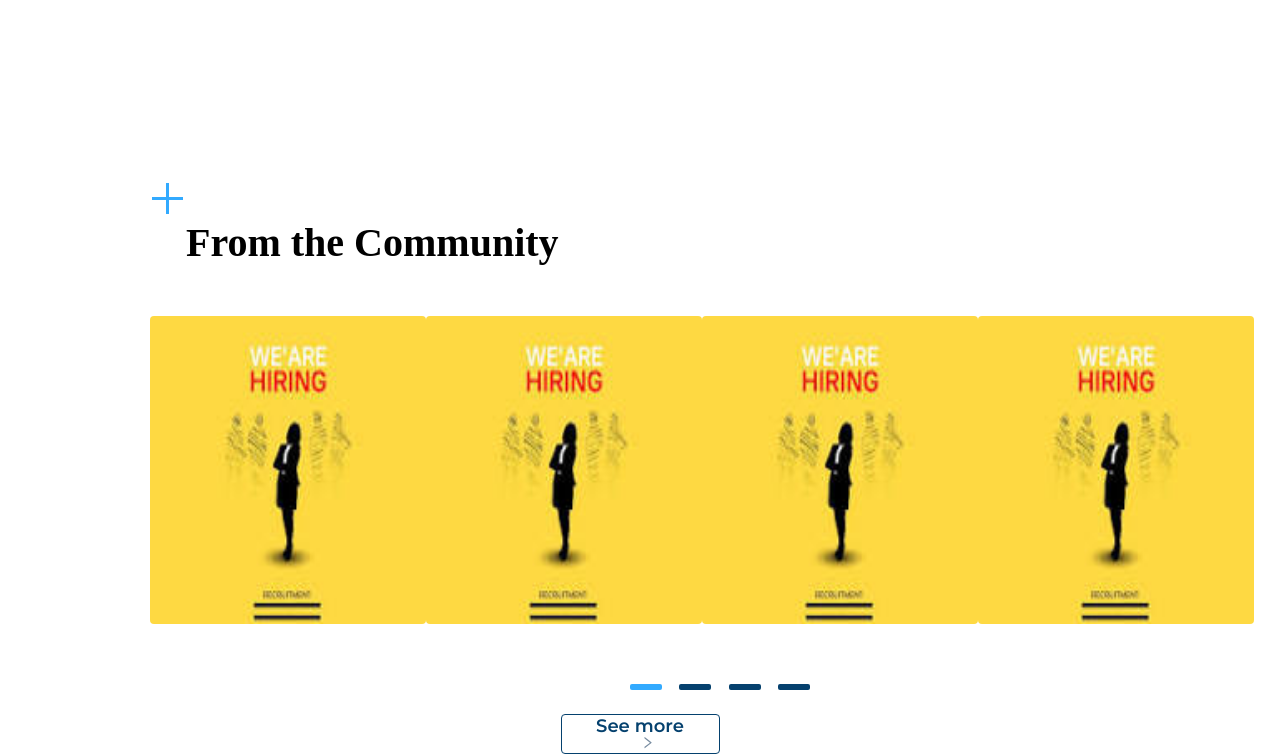
Repository: shekharyadav638/OSL_Assignment_1
Page: index.html
The author's editor kept a copy of each file at every save. The page is drawn from the files as they stood at one save, then again after the next save.
The browser window is 1280 px wide. The pictures show the whole page.
The style sheet was rebuilt from its Sass, Less or Tailwind sources for each picture, by a compiler version that may differ from the author's.

Above is the page before, as saved 2024-07-14 08:36:16.

After the next save:
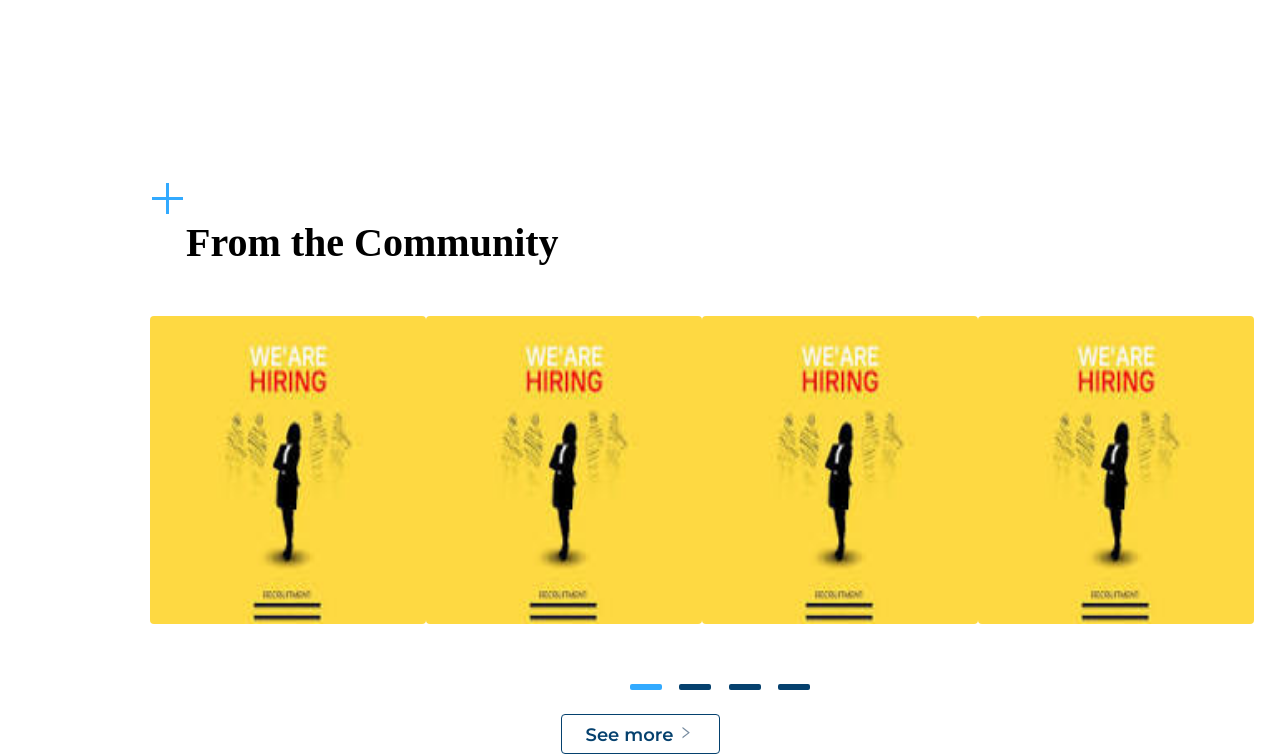
Saved 26 s later.
--- a/_hiring.scss
+++ b/_hiring.scss
@@ -81,7 +81,13 @@
         padding-right: 20px;
 
         & span {
-          margin-left: 15px;
+          & img {
+            &_icon {
+              width: 16px;
+              height: 16px;
+              margin-left: 15px;
+            }
+          }
         }
       }
     }

After the 3 saves that followed:
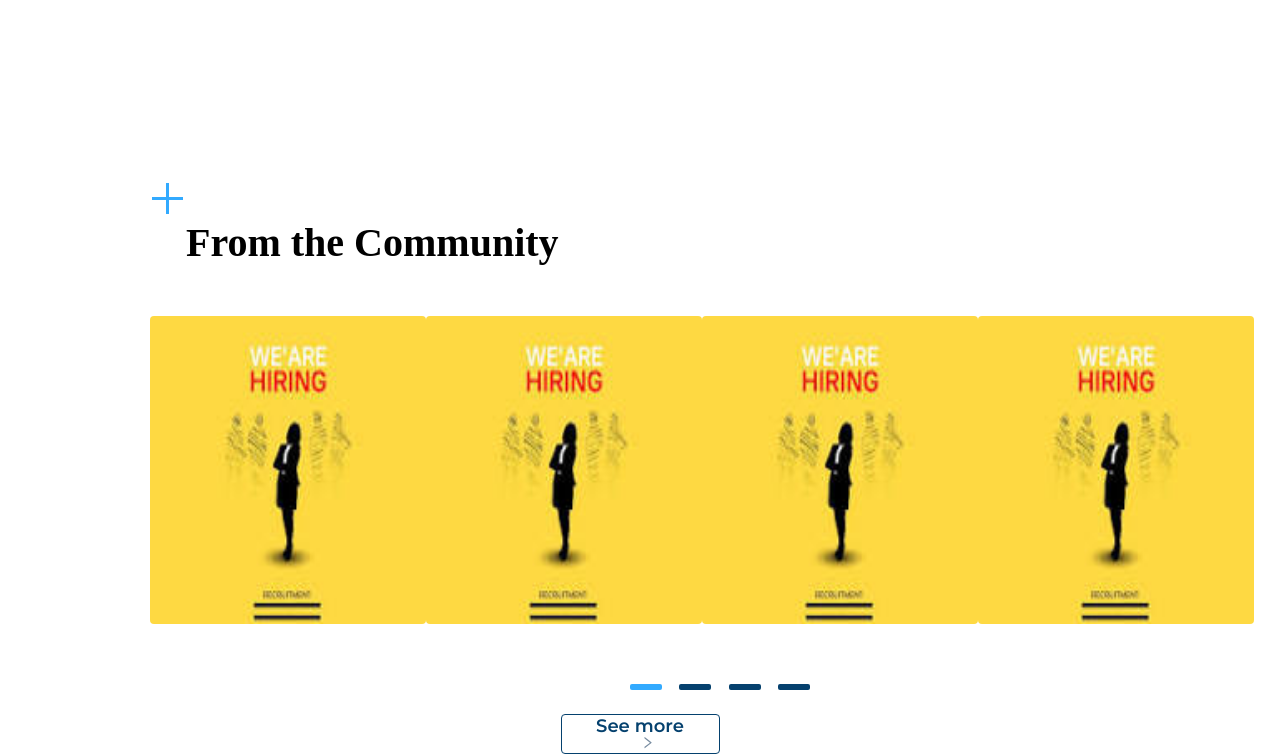
The 3 saves are shown as one change because 2 did not build or start.
The last was saved 24 s later.
--- a/index.html
+++ b/index.html
@@ -97,12 +97,7 @@
         <div class="hiring_footer_btn">
           <button>
             See more
-            <span
-              ><img
-                src="img/right_arrow.svg"
-                alt="arrow"
-                class="hiring_footer_btn_icon"
-            /></span>
+            <span><img src="img/right_arrow.svg" alt="arrow" /></span>
           </button>
         </div>
       </div>
--- a/_hiring.scss
+++ b/_hiring.scss
@@ -82,11 +82,9 @@
 
         & span {
           & img {
-            &_icon {
-              width: 16px;
-              height: 16px;
-              margin-left: 15px;
-            }
+            width: 16px;
+            height: 16px;
+            margin-left: 15px;
           }
         }
       }
